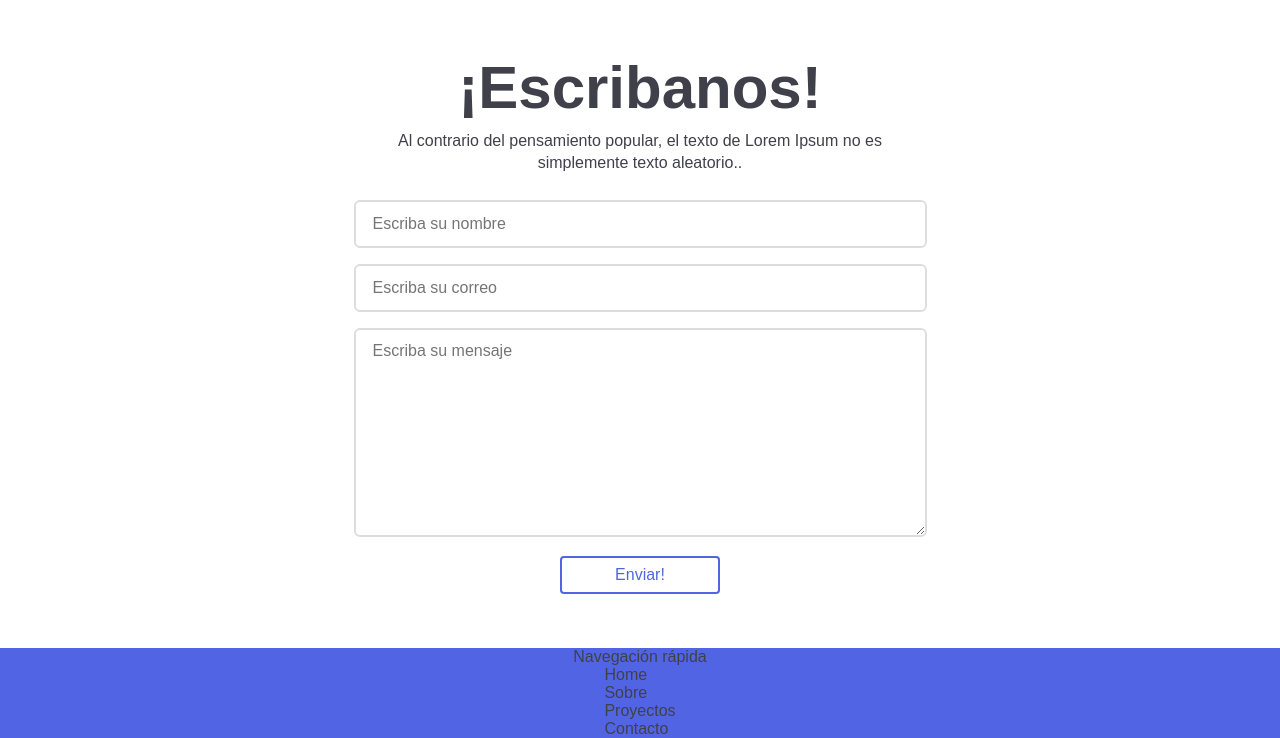
Repository: robsonmarkes/accesibilidad
Page: index.html
The author's editor kept a copy of each file at every save. The page is drawn from the files as they stood at one save, then again after the next save.
The browser window is 1280 px wide. The pictures show the part of the page from y = 1369 to 2107 px (the page is 2107 px tall).
A picture or video elsewhere on the page could not be fetched, so the positions and the page height are approximate.

Above is the page before, as saved 2022-10-11 11:19:48.

### index.html
<!DOCTYPE html>
<html lang="en">
<head>
    <meta charset="UTF-8">
    <meta http-equiv="X-UA-Compatible" content="IE=edge">
    <meta name="viewport" content="width=device-width, initial-scale=1.0">
    <title>Mi empresa portal</title>
    <link rel="stylesheet" href="style.css">
</head>
<body>
    <!-- wrong way -->
    <div class="wrap">
        <div class="header">
            <a href="http://google.com" class="logo">
                <img src="https://www.pngarts.com/files/3/Logo-PNG-Transparent-Image.png" alt="" srcset="">
            </a>
            <ul>
                <li>
                    <a href="#" target="_blank" rel="noopener noreferrer">Home</a>
                </li>
                <li>
                    <a href="#" target="_blank" rel="noopener noreferrer">Proyectos</a>
                </li>
                <li>
                    <a href="#" target="_blank" rel="noopener noreferrer">Contacto</a>
                </li>
            </ul>
        </div>
        <div class="content">
            <div class="article">
                <h1>Bienvenido!</h1>
                <p>
                    Lorem Ipsum es simplemente el texto de relleno de las imprentas y archivos de texto. Lorem Ipsum ha sido el texto de relleno estándar de las industrias desde el año 1500, cuando un impresor (N. del T. persona que se dedica a la imprenta) desconocido usó una galería de textos y los mezcló de tal manera que logró hacer un libro de textos especimen. No sólo sobrevivió 500 años, sino que tambien ingresó como texto de relleno en documentos electrónicos, quedando esencialmente igual al original. Fue popularizado en los 60s con la creación de las hojas "Letraset", las cuales contenian pasajes de Lorem Ipsum, y más recientemente con software de autoedición, como por ejemplo Aldus PageMaker, el cual incluye versiones de Lorem Ipsum.
                </p>
                <div class="buttons">
                    <button class="primary">Empezar!</button>
                    <button class="secondary">Contacto</button>
                </div>
            </div>
            <hr />
            <div class="article">
                <div>
                    <h1>Nuestra empresa</h1>
                    <p>
                        Es un hecho establecido hace demasiado tiempo que un lector se distraerá con el contenido del texto de un sitio mientras que mira su diseño. El punto de usar Lorem Ipsum es que tiene una distribución más o menos normal de las letras, al contrario de usar textos como por ejemplo "Contenido aquí, contenido aquí". Estos textos hacen parecerlo un español que se puede leer. Muchos paquetes de autoedición y editores de páginas web usan el Lorem Ipsum como su texto por defecto, y al hacer una búsqueda de "Lorem Ipsum" va a dar por resultado muchos sitios web que usan este texto si se encuentran en estado de desarrollo. Muchas versiones han evolucionado a través de los años, algunas veces por accidente, otras veces a propósito (por ejemplo insertándole humor y cosas por el estilo).
                    </p>
                </div>
                <img src="https://cdn-dynmedia-1.microsoft.com/is/image/microsoftcorp/O2019-Hero-image-x2:VP1-539x440?resMode=sharp2&op_usm=1.5,0.65,15,0&wid=1920&hei=720&qlt=75&fit=constrain" alt="">
            </div>
            <hr />
            <div class="article">
                <h1>¡Escribanos!</h1>
                <p>
                    Al contrario del pensamiento popular, el texto de Lorem Ipsum no es simplemente texto aleatorio..
                </p>
                <form action="">
                    <fieldset>
                        <legend>En formulário de ejemplo</legend>
                        <div class="form-group">
                            <label for="name">nombre:</label>
                            <input type="text" name="name" id="name" placeholder="Escriba su nombre">
                        </div>
                        <div class="form-group">
                            <label for="email">correo:</label>
                            <input type="text" name="email" id="email" placeholder="Escriba su correo">
                        </div>
                        <div class="form-group">
                            <label for="message">mensaje:</label>
                            <textarea name="message" id="message" cols="30" rows="10" placeholder="Escriba su mensaje"></textarea>
                        </div>
                        <button>Enviar!</button>
                    </fieldset>
                </form>
            </div>
        </div>
        <div class="footer">
            <span>Navegación rápida</span>
            <ul>
                <li>
                    <a href="#" target="_blank" rel="noopener noreferrer">Home</a>
                </li>
                <li>
                    <a href="#" target="_blank" rel="noopener noreferrer">Sobre</a>
                </li>
                <li>
                    <a href="#" target="_blank" rel="noopener noreferrer">Proyectos</a>
                </li>
                <li>
                    <a href="#" target="_blank" rel="noopener noreferrer">Contacto</a>
                </li>
            </ul>
        </div>

        <div class="backgound-modal"></div>
        <div class="modal">
            <h2 class="title">Estas seguro que quieres enviar?</h2>
            <span>La acción no puede ser deshecha.</span>
            <button>¡Si!</button>
            <button>¡No!</button>
        </div>

    </div>
</body>
</html>

### style.css
:root {
    --primary-bg: rgb(81, 101, 228);
    --primary-color: #fff;
    --secondary-bg: #ffffff;
    --secondary-color: rgb(64, 64, 74);
    --body-bg: rgb(64, 64, 74);
    --transition-time: 0.2s;
  }

body, * {
    margin: 0;
    padding: 0;
    list-style-type: none;
    text-decoration: none;
    font-family:Arial, Helvetica, sans-serif;
    color: var(--secondary-color);
}

body a:hover {
    color: var(--primary-color);
}

.wrap {
    width: 100%;
    height: auto;
    margin: 0 auto;

}

.wrap .header {
    display: flex;
    align-items: center;
    background-color: var(--primary-bg);
}

.wrap .header  img {
    filter: invert(100%);
    height: 64px;
}

.wrap .header ul {
    display: flex;
}
.wrap .header ul li {
    padding: 1rem;
}
.wrap .header a {
    color: var(--primary-color);
}

.wrap .content {
    width: 100%;
    min-width: 400px;
    margin: 0;
}

.wrap .content hr {
    color: var(--body-bg);
    opacity: 0.2;
}

.wrap .content .article {
    margin: 0 auto;
    padding: 64px 0 48px;
    max-width: 600px;
    line-height: 1.4;
}

.wrap .content .article h1, h2, h3 {
    font-size: 3.75rem;
    padding-bottom: 0.35;
    text-align: center;
}

.wrap .content .article p {
    font-size: 1rem;
    text-align: center;
    padding: 0 1rem 1rem;
}

.wrap .content .article img {
    margin: 0 auto;
    max-width: 100%;
    padding: 1rem;
}

.wrap .content .article .buttons {
    max-width: 220px;
    margin: 0 auto;
    display: flex;
}

.wrap .content .article .buttons button {
    font-size: 1rem;
    padding: 0.5rem 1rem;
    margin: 4px;
    border: 2px solid;
    border-radius: 4px;
    cursor: pointer;
    background-color: transparent;
}

.wrap .content .article .buttons button.primary {
    background-color: var(--primary-color);
    color: var(--primary-bg);
    transition: var(--transition-time) background-color;
}

.wrap .content .article .buttons button.primary:hover {
    background-color: var(--primary-bg);
    color: var(--primary-color);
    border-color: var(--primary-bg);
}

.wrap .content .article .buttons button.secondary {
    background-color: var(--secondary-color);
    color: var(--secondary-bg);
    border-color: var(--secondary-color);
    transition: var(--transition-time) background-color;
}

.wrap .content .article .buttons button.secondary:hover {
    background-color: var(--secondary-bg);
    color: var(--secondary-color);
    border-color: var(--secondary-color);
}

.wrap .content .article form {
    width: 100%;
    margin: 0 auto;
}

.wrap .content .article form fieldset {
    display: flex;
    flex-direction: column;
    align-items: center;
    border-color: transparent;
}

.wrap .content .article form fieldset legend {
    opacity: 0;
    font-size: 0px;
}

.wrap .content .article form .form-group {
    width: 100%;
    display: block;
}

.wrap .content .article form .form-group label {
    opacity: 0;
    font-size: 0px;
}

.wrap .content .article form .form-group input, .wrap .content .article form .form-group textarea {
    font-size: 1rem;
    padding: 0.8rem 1rem;
    margin: 0.5rem;
    border: 2px solid #ddd;
    border-radius: 6px;
    width: 90%;
}

.wrap .content .article form fieldset button {
    font-size: 1rem;
    width: 160px;
    margin: 0 auto;
    padding: 0.5rem 1rem;
    margin: 4px;
    border: 2px solid;
    border-radius: 4px;
    cursor: pointer;
    background-color: var(--primary-color);
    color: var(--primary-bg);
    transition: var(--transition-time) background-color;
}

.wrap .content .article form fieldset button:hover {
    background-color: var(--primary-bg);
    color: var(--primary-color);
    border-color: var(--primary-bg);
}

.wrap .background-modal, .wrap .modal {
    display: none;
}

.wrap .footer {
    display: flex;
    flex-direction: column;
    align-items: center;
    background-color: var(--primary-bg);
}

After the next save:
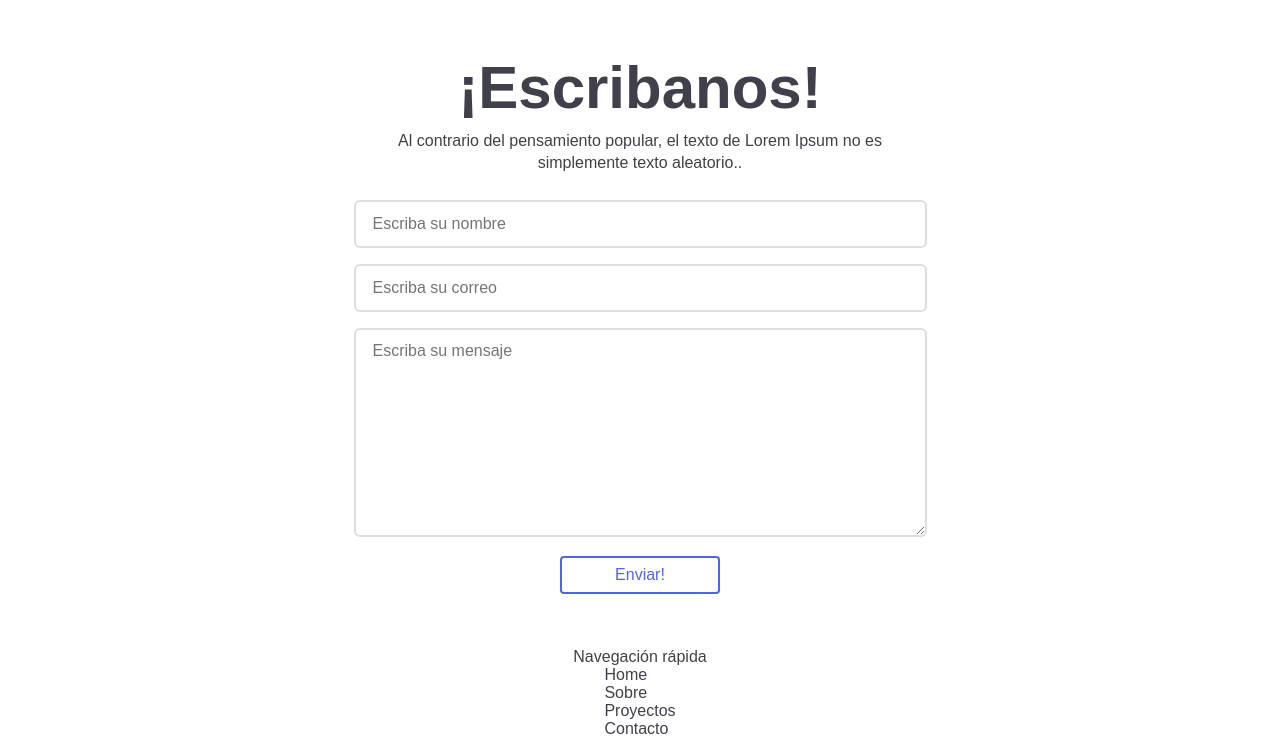
Saved 19 s later.
--- a/style.css
+++ b/style.css
@@ -189,5 +189,6 @@
     display: flex;
     flex-direction: column;
     align-items: center;
+    color: var(--primary-color)
     background-color: var(--primary-bg);
 }

After the save that followed:
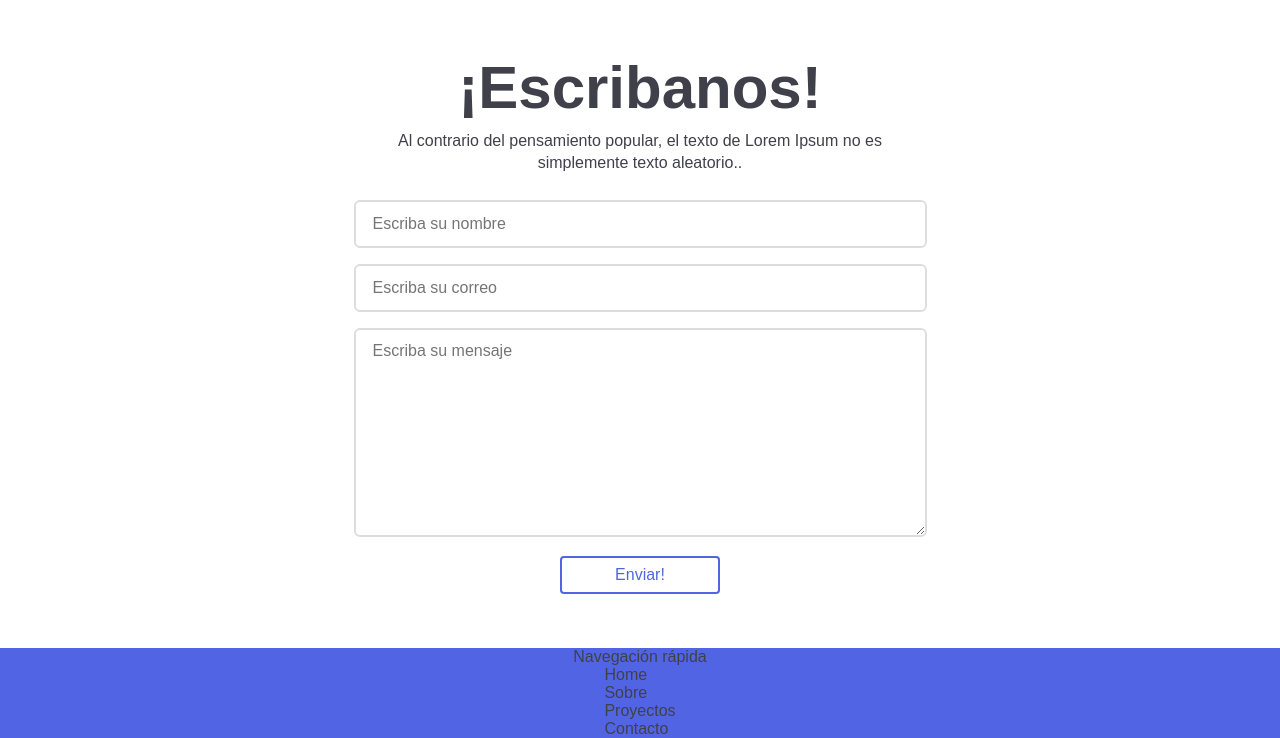
Saved 5 s later.
--- a/style.css
+++ b/style.css
@@ -189,6 +189,6 @@
     display: flex;
     flex-direction: column;
     align-items: center;
-    color: var(--primary-color)
+    color: var(--primary-color);
     background-color: var(--primary-bg);
 }
